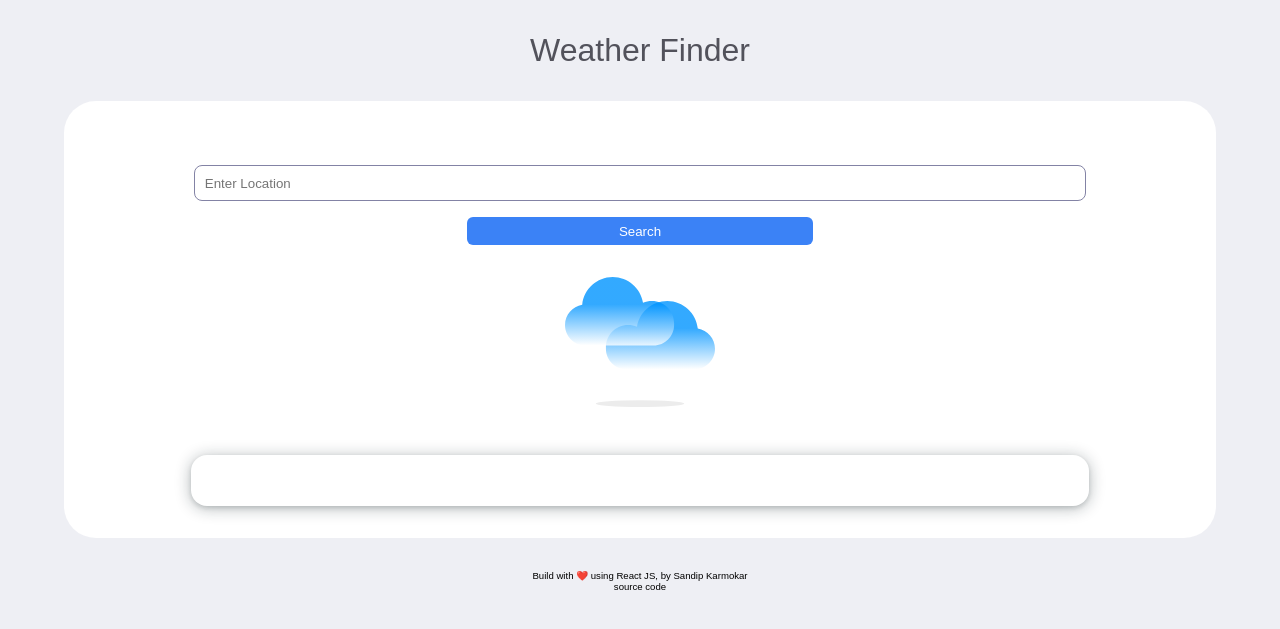
Repository: sandipkarmokar/weather-app
Page: /
The author's editor kept a copy of each file at every save. The page is drawn from the files as they stood at one save, then again after the next save.
The browser window is 1280 px wide. The pictures show the whole page.
The project was rebuilt for these pictures with package versions that can differ from the ones it lists, and the page was loaded fresh each time.

Above is the page before, as saved 2022-04-12 18:07:28.

### src/App.js
import { useState, useEffect } from 'react';
import './App.css';
import WeatherForm from './components/WeatherForm';
import WeatherInfoShow from './components/WeatherInfoShow';

function App() {
    const [city, setCity] = useState('');
    const [gotData, setGotData] = useState(false);
    const [weatherData, setWeatherData] = useState([]);
    const [isDay, setIsDay] = useState(false);

    console.log(weatherData);
    const url = `https://api.openweathermap.org/data/2.5/weather?q=${city}&appid=390f3fd7515cacb5596ae4765de92a6d`;

    const fetchData = async (e) => {
        e.preventDefault();
        try {
            const response = await fetch(url);
            const data = await response.json();
            setWeatherData(data);
            setGotData(true);
            const isDay = weatherData?.weather[0].icon?.includes('d');
            setIsDay(isDay);
        } catch (error) {
            console.log(error);
            setGotData(false);
        }
    };

    return (
        <div className="app">
            <div className="heading">
                <p>Weather Finder</p>
            </div>
            <div className="app-container">
                <WeatherForm
                    city={city}
                    setCity={setCity}
                    fetchData={fetchData}
                ></WeatherForm>

                <WeatherInfoShow
                    gotData={gotData}
                    weatherData={weatherData}
                    isDay={isDay}
                ></WeatherInfoShow>
            </div>
            <footer>
                <p>Build with ❤️ using React JS, by Sandip Karmokar</p>
                <p>source code</p>
            </footer>
        </div>
    );
}

export default App;

### src/App.css
* {
    margin: 0;
    padding: 0;
    box-sizing: border-box;
    font-family: Arial, Helvetica, sans-serif;
}

.app {
    background-color: #eeeff4;
    height: 100vh;
}

.app .heading p {
    color: #52525b;
    padding-top: 2rem;
    font-size: 2rem;
    text-align: center;
}

.app .app-container {
    width: 90%;
    margin: 2rem auto;
    background: #ffffff;
    border-radius: 2rem;
    padding: 1rem 0;
}

.app .app-container .weather-form {
    width: 86%;
    margin: 0 auto;
    display: flex;
    flex-direction: column;
}

.app .app-container .weather-form input {
    padding: 0.6rem;
    margin: 1rem auto;
    border: 0.5px solid #8383a5;
    border-radius: 8px;
    width: 90%;
    margin-top: 3rem;
}
.app .app-container .weather-form button {
    width: 35%;
    margin: 0 auto;
    padding: 0.4rem;
    background-color: #3b82f6;
    color: #ffffff;
    border: none;
    border-radius: 6px;
    cursor: pointer;
}
.app .app-container .weather-form img {
    width: 150px;

    margin: 2rem auto;
}

.app .app-container .weather-info-show {
    background-color: #ffffff;
    width: 78%;
    box-shadow: rgba(14, 30, 37, 0.12) 0px 2px 4px 0px,
        rgba(14, 30, 37, 0.32) 0px 2px 16px 0px;
    margin: 1rem auto;
    border-radius: 1rem;
    padding: 1.6rem;
}
.app .app-container .weather-info-show .main-info {
    display: flex;
    justify-content: space-between;
}

.app .app-container .weather-info-show .main-info img {
    width: 50px;
    height: 50px;
}
.app .app-container .weather-info-show .main-info .info .location {
    font-size: 1.4rem;
    color: #52525b;
}
.app .app-container .weather-info-show .main-info .info .data {
    font-size: 0.9rem;
    color: #71717a;
}
.app .app-container .weather-info-show .main-info .info .data .large {
    font-size: 1.4rem;
    color: #52525b;
}

.app .app-container .weather-info-show hr {
    width: 50%;
    margin: 1.6rem auto;
}

.app .app-container .weather-info-show .other-info {
    display: flex;
    flex-direction: column;
}
.app .app-container .weather-info-show .other-info p {
    color: #3f3f46;
}

.app .app-container .weather-info-show .other-info .other-info-data {
    display: grid;

    grid-template-columns: 1fr 1fr;
    grid-template-rows: 1fr 1fr;
    gap: 1rem;
    margin-top: 1rem;
}

.app .app-container .weather-info-show .other-info .other-info-data .item {
    display: flex;
}

.app .app-container .weather-info-show .other-info .other-info-data .item img {
    height: 32px;
    width: 32px;
    margin: 0 0.6rem;
}

.app
    .app-container
    .weather-info-show
    .other-info
    .other-info-data
    .item
    .sub-info {
    display: flex;
    flex-direction: column;
}

.app
    .app-container
    .weather-info-show
    .other-info
    .other-info-data
    .item
    .sub-info
    .data {
    color: #3f3f46;
}
.app
    .app-container
    .weather-info-show
    .other-info
    .other-info-data
    .item
    .sub-info
    .sub-info-title {
    color: #3f3f46;
    font-size: 0.8rem;
}

.app footer p {
    text-align: center;
    font-size: 0.6rem;
}

@media only screen and (min-width: 500px) {
    .app {
        background-color: #eeeff4;
        height: 100vh;
    }

    .app .app-container {
        width: 90%;
        margin: 2rem auto;
        background: #ffffff;
        border-radius: 2rem;
        padding: 1rem 0;
    }
}

### src/components/WeatherForm.js
import React from 'react';
import mainImage from '../icons/perfect-day.svg';

const WeatherForm = ({ city, setCity, fetchData }) => {
    return (
        <div className="weather-form">
            <input
                type="text"
                placeholder="Enter Location"
                value={city}
                onChange={(e) => setCity(e.target.value)}
            />
            <button onClick={fetchData}>Search</button>
            <img src={mainImage} alt="" />
        </div>
    );
};

export default WeatherForm;

### src/components/WeatherInfoShow.js
import React from 'react';
import imagex from '../icons/cloudy.svg';

import sunset from '../icons/temp.svg';
import sunrise from '../icons/temp.svg';
import humidity from '../icons/humidity.svg';
import wind from '../icons/wind.svg';
import pressure from '../icons/pressure.svg';

const WeatherInfoShow = ({ weatherData, gotData, isDay }) => {
    console.log(weatherData);
    const getTime = (timeStamp) => {
        return `${new Date(timeStamp * 1000).getHours()}:${new Date(
            timeStamp * 1000
        ).getMinutes()}`;
    };
    return (
        <div className="weather-info-show">
            {gotData ? (
                <>
                    <div className="main-info">
                        <div className="info">
                            <div className="location">
                                {weatherData?.name} {weatherData?.sys.country}
                            </div>
                            <div className="data">
                                <span className="large">{`${Math.floor(
                                    weatherData?.main?.temp - 273
                                )}°C`}</span>{' '}
                                | {weatherData?.weather[0].description}
                            </div>
                        </div>
                        <img src={imagex} alt="" />
                    </div>
                    <hr className="line" />
                    <div className="other-info">
                        <p>Other Info</p>
                        <div className="other-info-data">
                            <div className="item">
                                <img src={isDay ? sunset : sunrise} alt="" />
                                <div className="sub-info">
                                    <p className="data">{`${getTime(
                                        weatherData?.sys[
                                            isDay ? 'sunset' : 'sunrise'
                                        ]
                                    )}`}</p>
                                    <p className="sub-info-title">
                                        {isDay ? 'sunset' : 'sunrise'}
                                    </p>
                                </div>
                            </div>
                            <div className="item">
                                <img src={humidity} alt="" />
                                <div className="sub-info">
                                    <p className="data">
                                        {weatherData?.main.humidity}
                                    </p>
                                    <p className="sub-info-title">humidity</p>
                                </div>
                            </div>
                            <div className="item">
                                <img src={wind} alt="" />
                                <div className="sub-info">
                                    <p className="data">
                                        {weatherData?.wind?.speed}
                                    </p>
                                    <p className="sub-info-title">wind</p>
                                </div>
                            </div>
                            <div className="item">
                                <img src={pressure} alt="" />
                                <div className="sub-info">
                                    <p className="data">
                                        {weatherData?.main.pressure}
                                    </p>
                                    <p className="sub-info-title">pressure</p>
                                </div>
                            </div>
                        </div>
                    </div>
                </>
            ) : (
                ''
            )}
        </div>
    );
};

export default WeatherInfoShow;

Loaded but not shown: public/index.html (common file); src/index.js (common file); src/index.css (common file); src/reportWebVitals.js (common file)

After the next save:
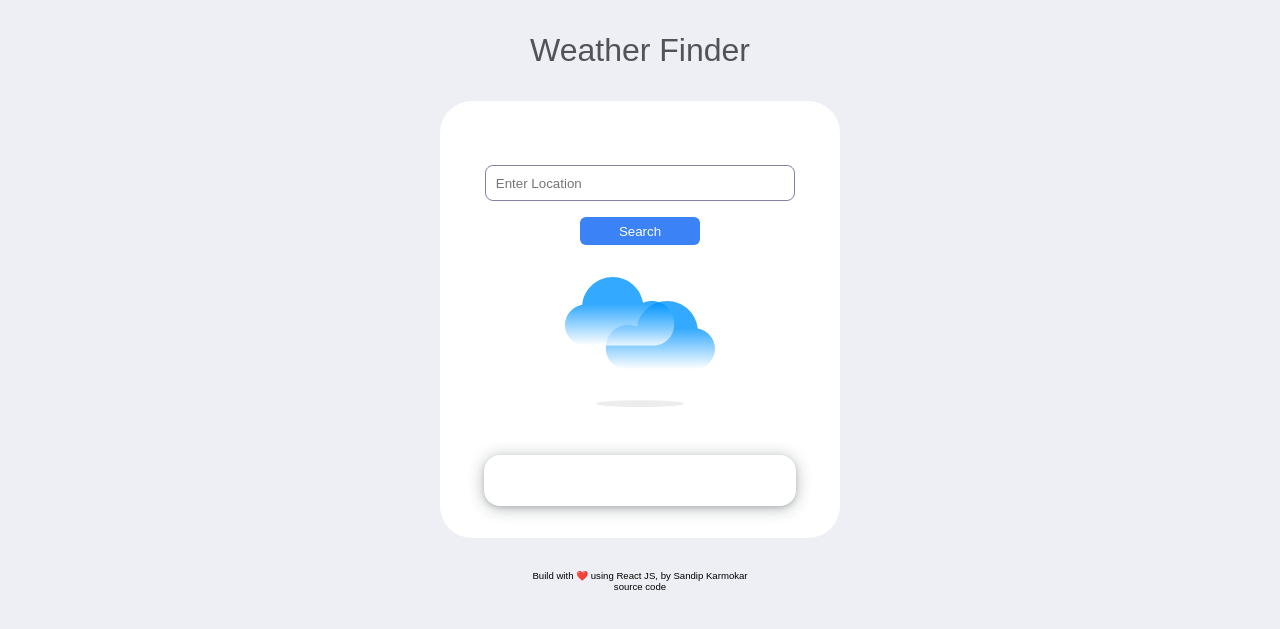
Saved 14 s later.
--- a/src/App.css
+++ b/src/App.css
@@ -164,7 +164,7 @@
     }
 
     .app .app-container {
-        width: 90%;
+        width: 400px;
         margin: 2rem auto;
         background: #ffffff;
         border-radius: 2rem;
